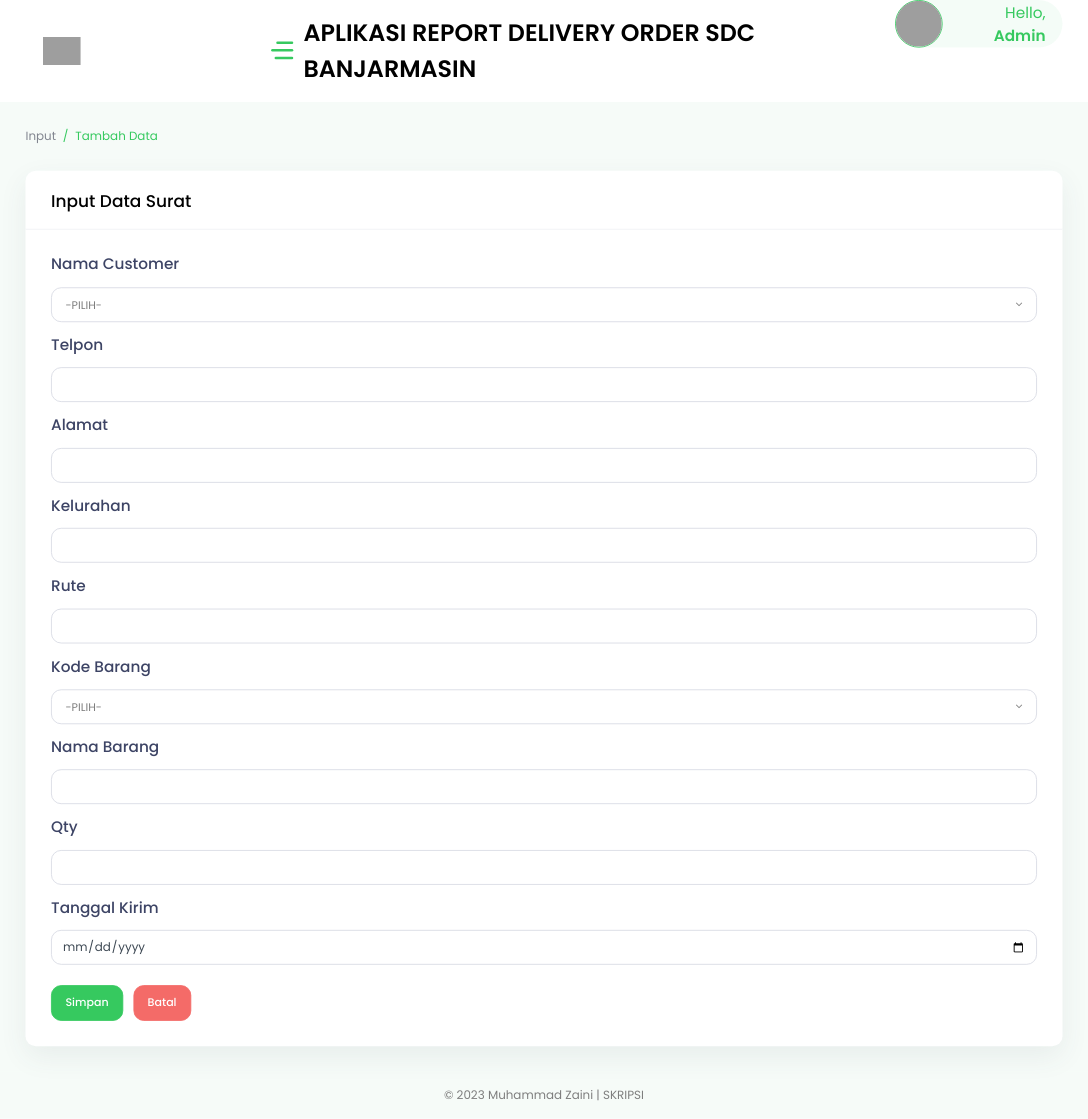
Repository: muhammadzainiy31/skripsi
Page: http://localhost/surat/input.php
An editor plug-in stored every save of this project. The page is shown before and after a run of saves, followed by the edit.
The browser window is 1280 px wide. The pictures show the whole page, at 85% of full size.
Pictures or frames that could not be fetched are drawn as grey boxes. The page is run by PHP 8.4 with error messages shown; the project is at /var/www/html/. The database holds what the project's SQL file puts in it.

Above is the page before, as saved 2023-07-02 11:09:37.

After the next 2 saves:
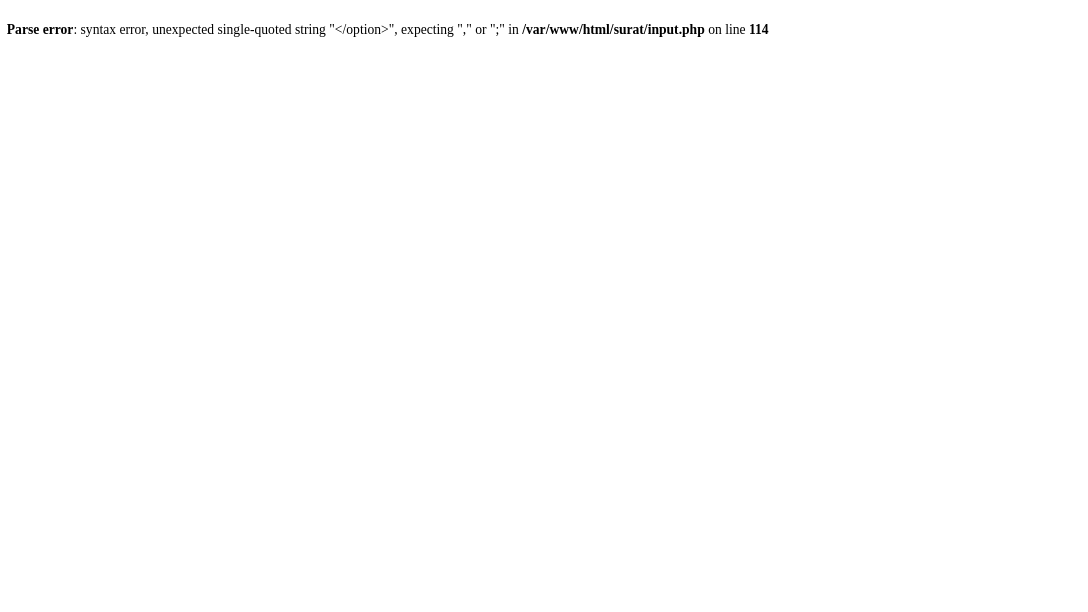
The 2 saves are shown as one change because they came seconds apart.
The last was saved 27 s later.
--- a/surat/input.php
+++ b/surat/input.php
@@ -111,7 +111,7 @@
                                                 include "../koneksi.php";
                                                 $ambilData = mysqli_query($conn, "SELECT * FROM tb_barang") or die(mysqli_error($conn));
                                                 while ($hasil = mysqli_fetch_array($ambilData)) {
-                                                    echo '<option value="' . $hasil['kode_brg'] . '">' . $hasil['kode_brg'] . '</option>';
+                                                    echo '<option value="' . $hasil['kode_brg'] . '">' . $hasil['kode_brg'] . $hasil['kode_brg']  '</option>';
                                                 }
                                                 ?>
                                             </select>
